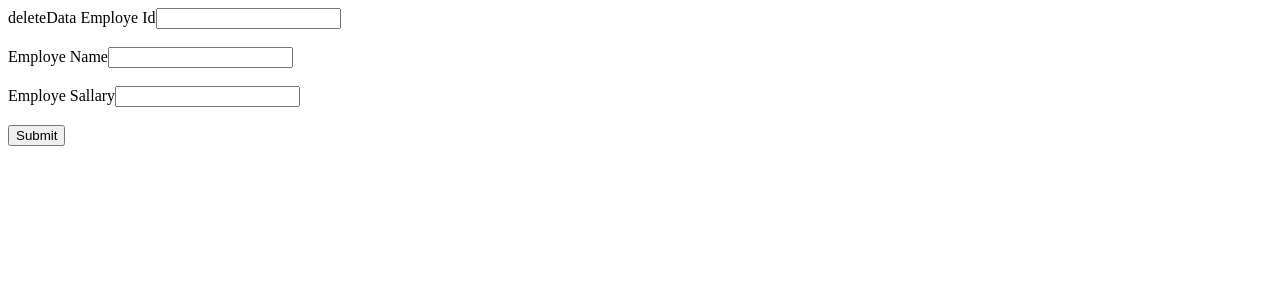
Repository: nitesh0402/spring-mvc-project
Page: http://localhost/SpringCrud/
The author's editor kept a copy of each file at every save. The page is drawn from the files as they stood at one save, then again after the next save.
The browser window is 1280 px wide. The pictures show the whole page.
The page is served by Tomcat 9. Other server files are loaded and not shown.

Above is the page before, as saved 2022-06-18 09:33:48.

### new-nitesh-workspace/SpringCrud/src/main/webapp/index.jsp
<%@ page language="java" contentType="text/html; charset=ISO-8859-1"
    pageEncoding="ISO-8859-1"%>
<!DOCTYPE html>
<html>
<head>
<meta charset="ISO-8859-1">
<title>Insert title here</title>
</head>
<body>
<!--  <a href="si">call SiForm</a><br><br>  -->

  <!--  <a href="fetchStudents">fetch student records</a><br><br>
 -->
<!-- <form action="stuDetail">
RollNumber<input type="number" name="rollNum" id="rollNum"><br><br>
Student Name<input type="text" name="name" id="name"><br><br>
<input type="submit">
</form>  -->


  <form action="DeleteempRecord">   deleteData
Employe Id<input type="number" name="empId" id="empId"><br><br>
Employe Name<input type="text" name="empName" id="empName"><br><br>
Employe Sallary<input type="number" name="empSall" id="empSall"><br><br>
<input type="submit">
</form>



<!--  <form action="Insert">
Employe Id<input type="number" name="empId" id="empId"><br><br>
Employe Name<input type="text" name="empName" id="empName"><br><br>

Employe Sallary<input type="number" name="empSall" id="empSall"><br><br>
<input type="submit">
</form>
  -->

</body>
</html>

After the next save:
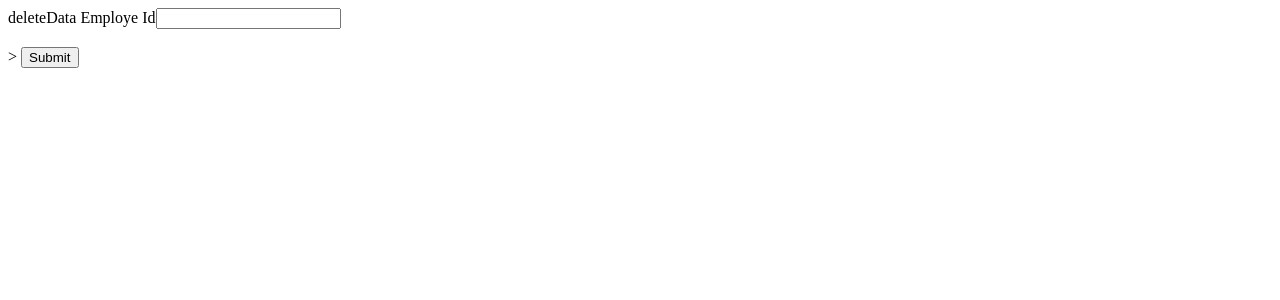
Saved 2 min 36 s later.
--- a/new-nitesh-workspace/SpringCrud/src/main/webapp/index.jsp
+++ b/new-nitesh-workspace/SpringCrud/src/main/webapp/index.jsp
@@ -20,8 +20,8 @@
 
   <form action="DeleteempRecord">   deleteData
 Employe Id<input type="number" name="empId" id="empId"><br><br>
-Employe Name<input type="text" name="empName" id="empName"><br><br>
-Employe Sallary<input type="number" name="empSall" id="empSall"><br><br>
+<!-- Employe Name<input type="text" name="empName" id="empName"><br><br>
+Employe Sallary<input type="number" name="empSall" id="empSall"><br><br -->>
 <input type="submit">
 </form>
 
